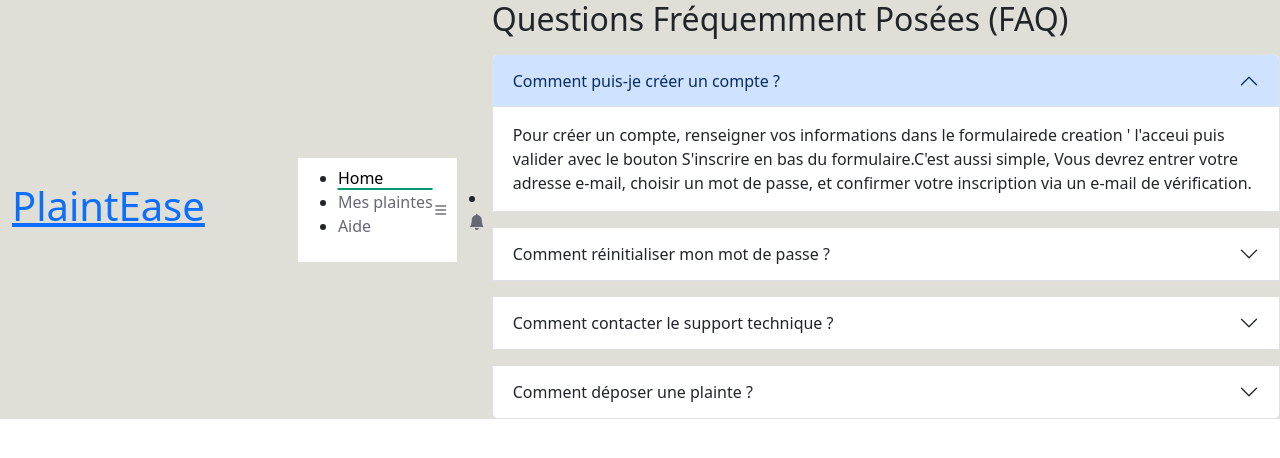
Repository: Senare1/PlaintEasy
Page: complaints/templates/complaints/aide.html
An editor plug-in stored every save of this project. The page is shown before and after the next save, followed by the edit.
The browser window is 1280 px wide. The pictures show the whole page.
Some web libraries are served in a nearby version. The template is drawn by Django 4.2. The application's start-up code is not run. The template is opened directly, without the code that normally fills it, so the values that code supplies are empty.

Above is the page before, as saved 2024-08-11 04:00:05.
Console error: ReferenceError: Swiper is not defined

After the next save:
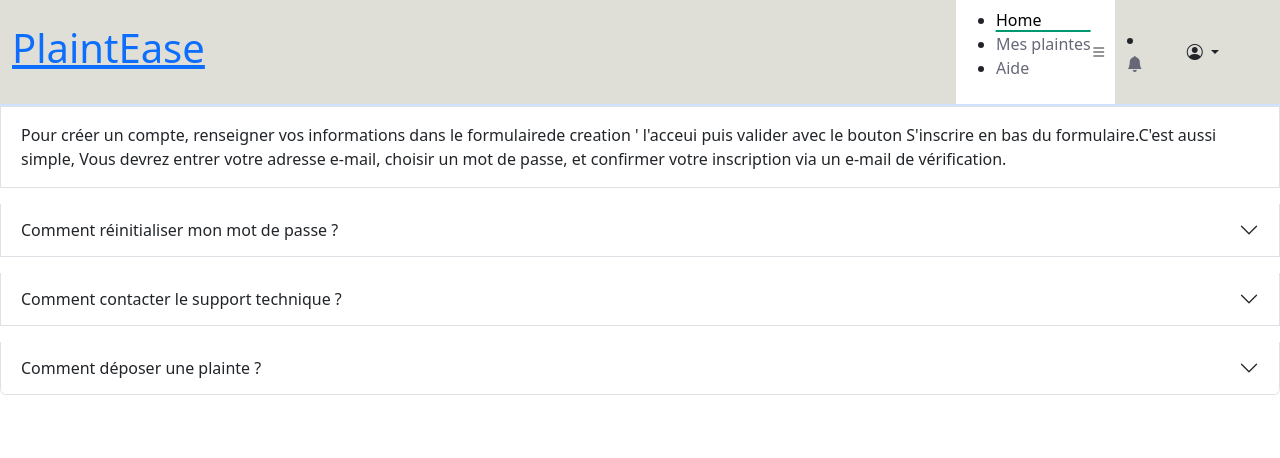
Saved 2 min 2 s later.
--- a/complaints/templates/complaints/aide.html
+++ b/complaints/templates/complaints/aide.html
@@ -48,6 +48,16 @@
           <span class="badge">{{ number }}</span>
       </a>
     </li>
+  <div class="dropdown me-5 ms-4">
+
+    <button class="btn  dropdown-toggle " type="button" data-bs-toggle="dropdown" aria-expanded="false">
+      <i class="bi bi-person-circle "></i>
+    </button>
+    <ul class="dropdown-menu">
+      <li><a class="dropdown-item text-danger" href="{% url 'logout' %}"><i class="fas fa-power-off px-1"></i>Logout</a></li>
+    </ul>
+  </div>
+  </header>
 <!-- En-tête de la page -->
     <!-- Section FAQ -->
     <section class="faq-section">
